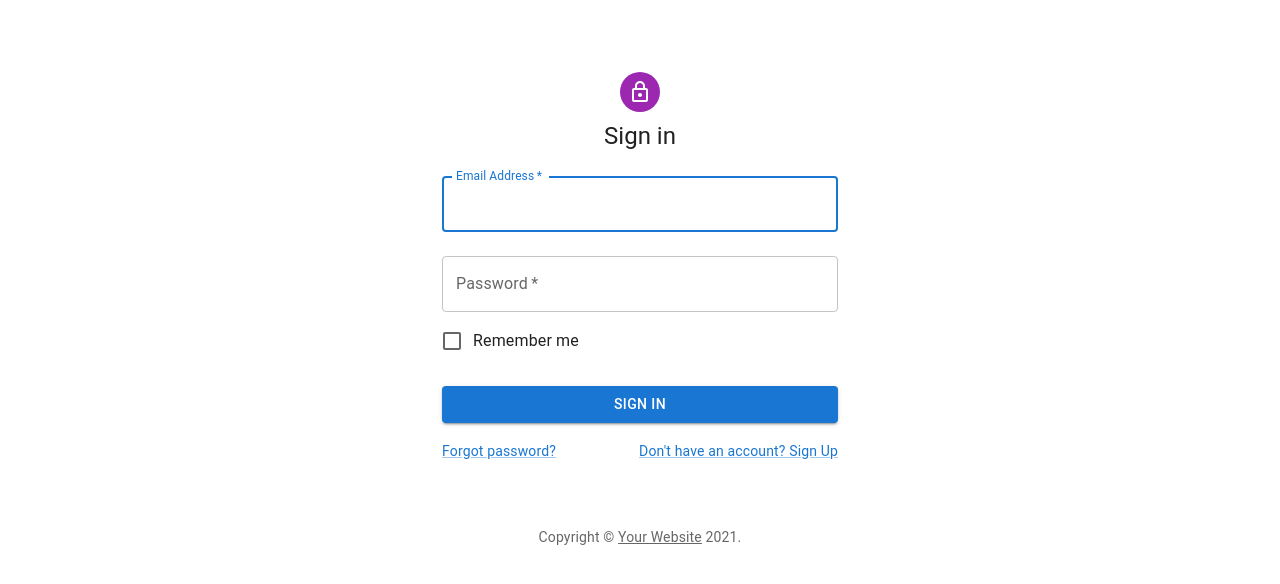
Repository: background-position/midway-react
Page: /about
An editor plug-in stored every save of this project. The page is shown before and after the next save, followed by the edit.
The browser window is 1280 px wide. The pictures show the whole page.
The project was rebuilt for these pictures with package versions that can differ from the ones it lists, and the page was loaded fresh each time. Also part of the build but not shown: vite.config.ts, src/apis/lambda/index.ts, src/pages/index.tsx.

Above is the page before, as saved 2021-12-30 17:38:13.

### src/main.tsx
import React from 'react';
import ReactDOM from 'react-dom';
import './index.css';
import App from './App';
import { BrowserRouter } from 'react-router-dom';
ReactDOM.render(
    <BrowserRouter>
        <React.StrictMode>
            <App />
        </React.StrictMode>
    </BrowserRouter>,
    document.getElementById('root'),
);

### src/App.tsx
import React from 'react';
import { Routes, Route } from 'react-router-dom';
import About from './pages/about';
import Index from './pages/index';
function App() {
    return (
        <div className="App">
            <Routes>
                <Route path="/" element={<Index />} />
                <Route path="about" element={<About />} />
            </Routes>
        </div>
    );
}
export default App;

### src/pages/about.tsx
import * as React from 'react';
import Avatar from '@mui/material/Avatar';
import Button from '@mui/material/Button';
import CssBaseline from '@mui/material/CssBaseline';
import TextField from '@mui/material/TextField';
import FormControlLabel from '@mui/material/FormControlLabel';
import Checkbox from '@mui/material/Checkbox';
import Link from '@mui/material/Link';
import Grid from '@mui/material/Grid';
import Box from '@mui/material/Box';
import LockOutlinedIcon from '@mui/icons-material/LockOutlined';
import Typography from '@mui/material/Typography';
import Container from '@mui/material/Container';
import { createTheme, ThemeProvider } from '@mui/material/styles';

function Copyright(props: any) {
    return (
        <Typography
            variant="body2"
            color="text.secondary"
            align="center"
            {...props}
        >
            {'Copyright © '}
            <Link color="inherit" href="https://mui.com/">
                Your Website
            </Link>{' '}
            {new Date().getFullYear()}
            {'.'}
        </Typography>
    );
}

const theme = createTheme();

export default function SignIn() {
    const handleSubmit = (event: React.FormEvent<HTMLFormElement>) => {
        event.preventDefault();
        const data = new FormData(event.currentTarget);
        // eslint-disable-next-line no-console
        console.log({
            email: data.get('email'),
            password: data.get('password'),
        });
    };

    return (
        <ThemeProvider theme={theme}>
            <Container component="main" maxWidth="xs">
                <CssBaseline />
                <Box
                    sx={{
                        marginTop: 8,
                        display: 'flex',
                        flexDirection: 'column',
                        alignItems: 'center',
                    }}
                >
                    <Avatar sx={{ m: 1, bgcolor: 'secondary.main' }}>
                        <LockOutlinedIcon />
                    </Avatar>
                    <Typography component="h1" variant="h5">
                        Sign in
                    </Typography>
                    <Box
                        component="form"
                        onSubmit={handleSubmit}
                        noValidate
                        sx={{ mt: 1 }}
                    >
                        <TextField
                            margin="normal"
                            required
                            fullWidth
                            id="email"
                            label="Email Address"
                            name="email"
                            autoComplete="email"
                            autoFocus
                        />
                        <TextField
                            margin="normal"
                            required
                            fullWidth
                            name="password"
                            label="Password"
                            type="password"
                            id="password"
                            autoComplete="current-password"
                        />
                        <FormControlLabel
                            control={
                                <Checkbox value="remember" color="primary" />
                            }
                            label="Remember me"
                        />
                        <Button
                            type="submit"
                            fullWidth
                            variant="contained"
                            sx={{ mt: 3, mb: 2 }}
                        >
                            Sign In
                        </Button>
                        <Grid container>
                            <Grid item xs>
                                <Link href="#" variant="body2">
                                    Forgot password?
                                </Link>
                            </Grid>
                            <Grid item>
                                <Link href="#" variant="body2">
                                    {"Don't have an account? Sign Up"}
                                </Link>
                            </Grid>
                        </Grid>
                    </Box>
                </Box>
                <Copyright sx={{ mt: 8, mb: 4 }} />
            </Container>
        </ThemeProvider>
    );
}

Loaded but not shown: index.html (common file); src/index.css (common file)

After the next save:
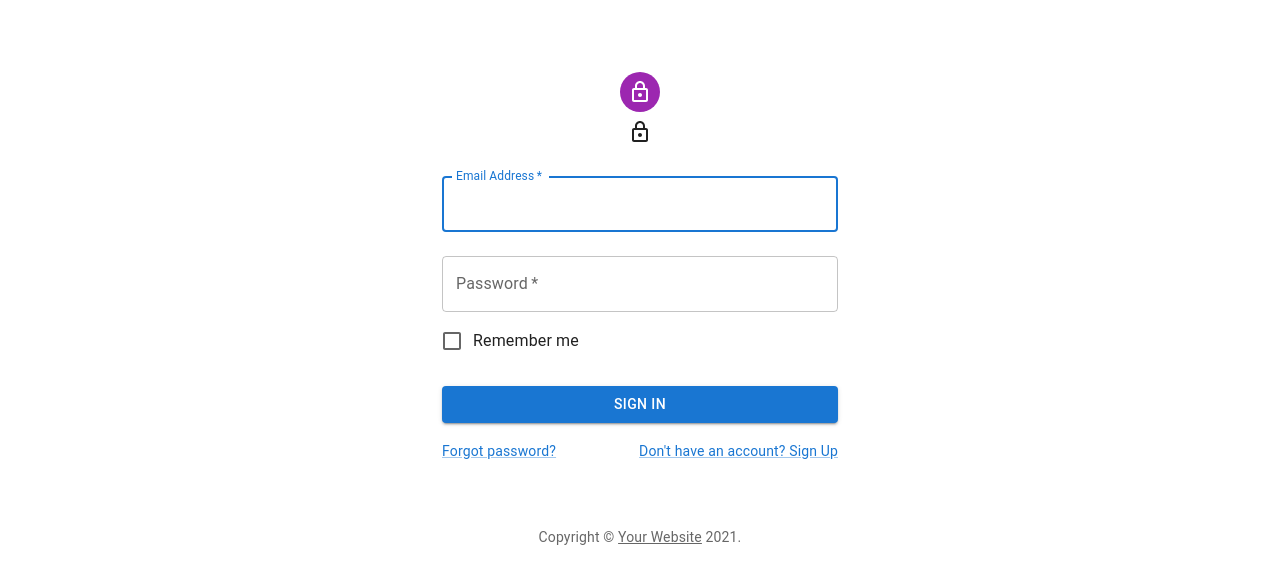
Saved 16 s later.
--- a/src/pages/about.tsx
+++ b/src/pages/about.tsx
@@ -60,7 +60,7 @@
                         <LockOutlinedIcon />
                     </Avatar>
                     <Typography component="h1" variant="h5">
-                        Sign in
+                        <LockOutlinedIcon />
                     </Typography>
                     <Box
                         component="form"

After the save that followed:
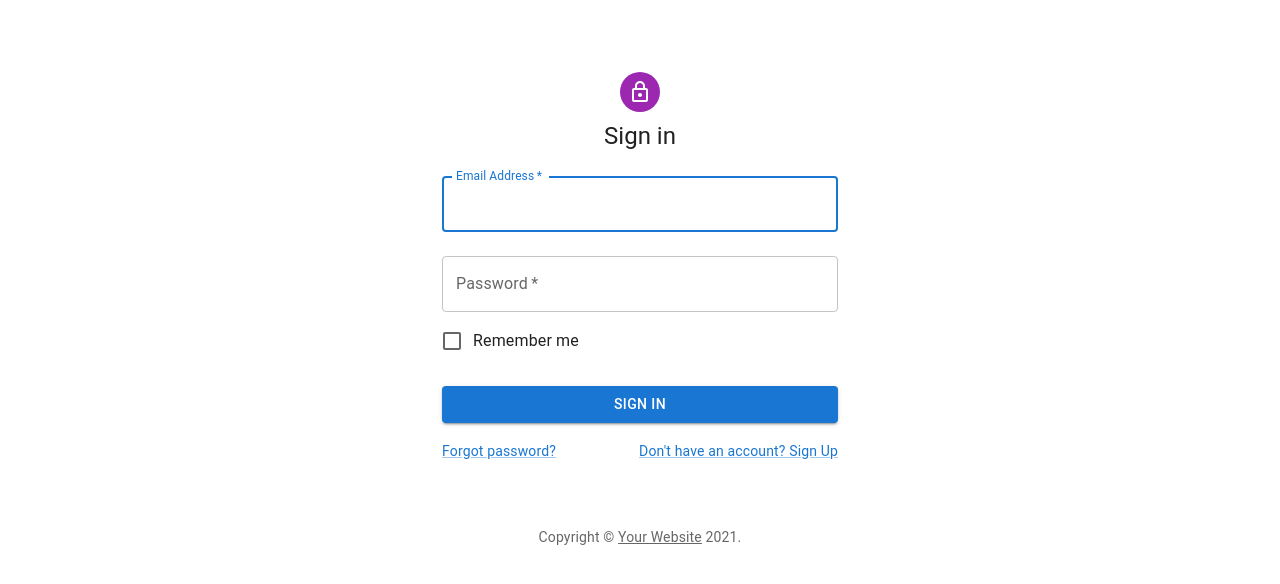
Saved 5 s later.
--- a/src/pages/about.tsx
+++ b/src/pages/about.tsx
@@ -60,7 +60,7 @@
                         <LockOutlinedIcon />
                     </Avatar>
                     <Typography component="h1" variant="h5">
-                        <LockOutlinedIcon />
+                        Sign in
                     </Typography>
                     <Box
                         component="form"
